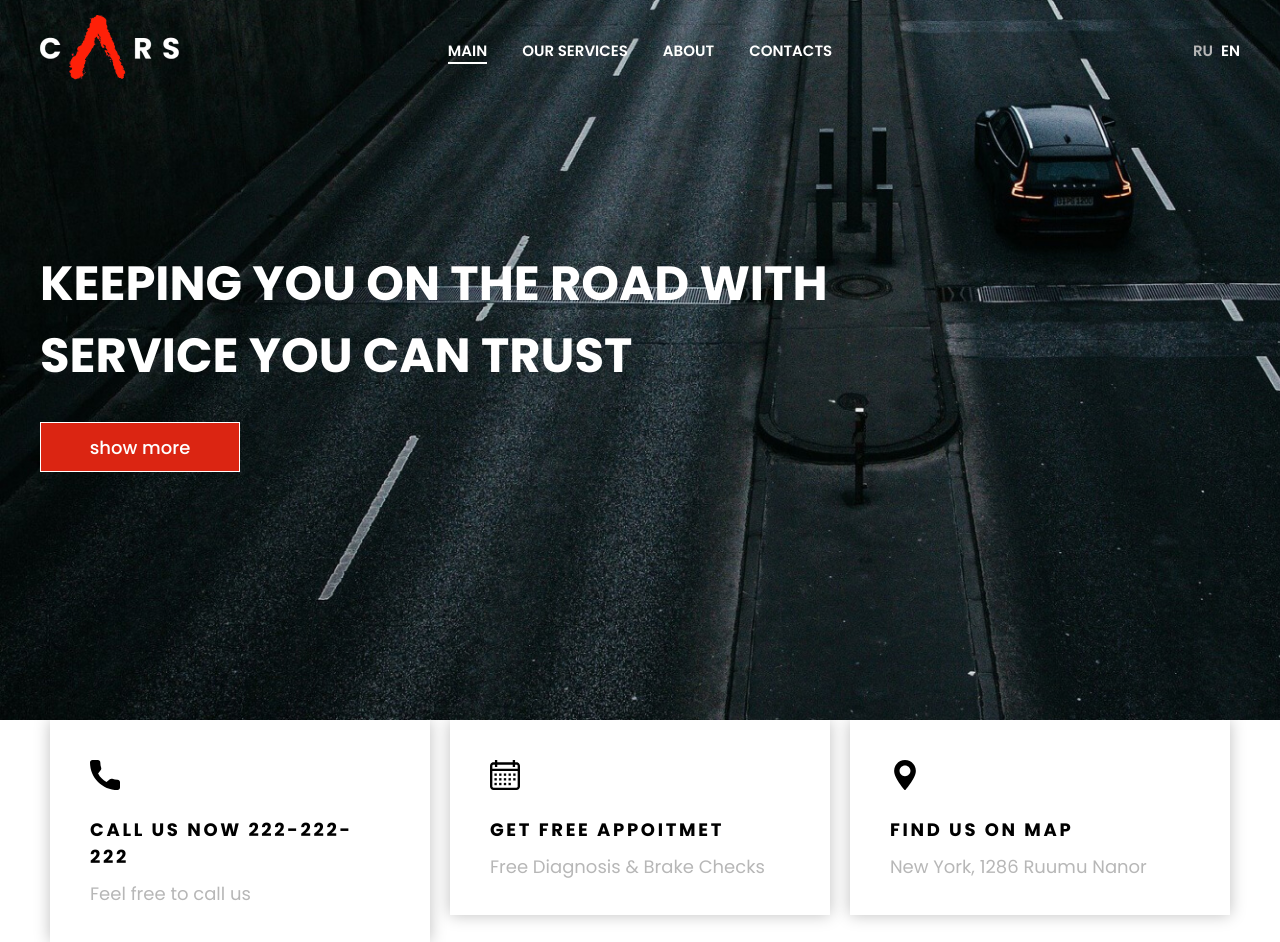
Repository: Earn1ll/car_repair
Page: index.html
These files come from the project's save history. The page is drawn as it stood at one moment and after the next save; the edit follows.
The browser window is 1280 px wide. The pictures show the whole page.

Above is the page before, as saved 2022-09-18 16:14:38.

### index.html
<!DOCTYPE html>
<html lang="en">
<head>
    <meta charset="UTF-8">
    <meta http-equiv="X-UA-Compatible" content="IE=edge">
    <meta name="viewport" content="width=device-width, initial-scale=1.0">
    <title>car repair</title>
    <link rel="stylesheet" href="css/style.css">
</head>
<body>
    <header class="header">
        <div class="container">
            <div class="header__wrapper">
                <div class="header__block">
                    <a href="/" class="header__logo">
                        <img src="img/logo.png" alt="logo">
                    </a>
                </div>

                <nav class="nav">
                    <a href="#" class="nav__link active">Main</a>
                    <a href="#" class="nav__link">Our services</a>
                    <a href="#" class="nav__link">About</a>
                    <a href="#" class="nav__link">Contacts</a>
                </nav>

                <div class="header__block">
                    <div class="header__lng">
                        <a href="#" class="header__lng-link ">ru</a>
                        <a href="#" class="header__lng-link active">en</a>
                    </div>
                </div>

            </div>
        </div>
    </header>

    <section class="intro">
        <div class="container">
            <div class="intro__content">
                <div class="intro__block">
                    <h1 class="intro__title">
                        KEEPING YOU ON THE ROAD WITH
                        SERVICE YOU CAN TRUST
                    </h1>
                    <a href="#" class="btn">show more</a>
                </div>
            </div>
        </div>
    </section>

    <section class="info">
        <div class="container">
            <div class="info__wrapper">
                <div class="info__block">
                    <div class="info__item">
                        <div class="info__img">
                            <img src="img/phone.svg " alt="">
                        </div>
                        <h3 class="info__title">
                            CALL US NOW 222-222-222
                        </h3>
                        <p class="info__text">Feel free to call us</p>
                    </div>
                </div>

                <div class="info__block">
                    <div class="info__item">
                        <div class="info__img">
                            <img src="img/calendar.svg " alt="">
                        </div>
                        <h3 class="info__title">
                            GET FREE APPOITMET
                        </h3>
                        <p class="info__text">Free Diagnosis & Brake Checks</p>
                    </div>
                </div>

                <div class="info__block">
                    <div class="info__item">
                        <div class="info__img">
                            <img src="img/pin.svg " alt="">
                        </div>
                        <h3 class="info__title">
                            FIND US ON MAP
                        </h3>
                        <p class="info__text">New York, 1286 Ruumu Nanor</p>
                    </div>
                </div>
            </div>
        </div>
    </section>
</body>
</html>

### css/style.css
@import url('https://fonts.googleapis.com/css2?family=Poppins:wght@400;500:600;700;800;900&display=swap');

*,*::before,::after {
    box-sizing: border-box;
}
body {
    margin: 0;
    font-family: 'Poppins', sans-serif;
    font-size: 15px;
}

h1,h2,h3,h4,h5,h6 {
    margin: 0;
}

p {
    margin: 0 0 5px;
}

.container {
    width: 1200px;
    margin: 0 auto;
}
.btn {
    display: inline-flex;
    align-items: center;
    justify-content: center;
    color: #fff;
    height: 50px;
    font-size: 18px;
    text-decoration: none;
    font-weight: 500;
    background-color: #DB2512;
    border: 1px solid;
    min-width: 200px;
    padding: 11px 15px;
    transition: background-color .2s ease;
}

.btn:hover {
    background-color: #991203;
}



/* header start working */
.header {
    width: 100%;
    position: absolute;
    top: 0;
    left: 0;
    z-index: 3;
}

.header__wrapper {
    height: 100px;
    display: flex;
    justify-content: space-between;
    align-items: center;
}

.header__block {
    width: 20%;
}

.header__logo {
    display: inline-block;
}

.header__logo img {
    height: 65px;
}

.nav {
    display: flex;
}

.nav__link {
    margin-right: 35px;
    color: #fff;
    text-transform: uppercase;
    text-decoration: none;
    font-weight: 600;
    position: relative;
}

.nav__link::after {
    width: 100%;
    height: 2px;
    background-color: #fff;
    position: absolute;
    top: 100%;
    left: 0;
    content: '';
    opacity: 0;
    transition: opacity .2s ease;

}

.nav__link:last-child {
    margin-right: 0;
}

.nav__link:hover::after {
    opacity: 1;
}

.nav__link.active::after {
    opacity: 1;
}

.header__lng {
    display: flex;
    justify-content: flex-end;

}

.header__lng-link {
    margin-right: 8px;
    text-transform: uppercase;
    text-decoration: none ;
    font-weight: 600;
    color: #b7b7b7;
    transition: color .2s ease;
}

.header__lng-link:hover {
    color: #fff;
}

.header__lng-link:last-child {
    margin-right: 0;
}

.header__lng-link.active {
    color: #fff;
}
/* header end working */
/* intro start working */

.intro {
    background: url('../img/intro_bg.jpg') no-repeat;
    background-size: cover;
    position: relative;
}

.intro::after {
    width: 100%;
    height: 100%;
    position: absolute;
    top: 0;
    left: 0;
    background-color: #000;
    opacity: .2;
}

.intro__content {
    height: 100vh ;
    background: no-repeat;
    display: flex;
    align-items: center;
    position: relative;
    z-index: 2;
}

.intro__block {

}

.intro__title {
    max-width: 790px;
    font-size: 48px;
    font-weight: 700;
    color: #fff;
    line-height: 1.5;
    margin-bottom: 30px;

}
/* intro end working */
/* info start */
.info {
    transform: ;
}

.info__wrapper {
    display: flex;
    margin 0 -10px;
}

.info__block {
    width: 33.33%;
    padding: 0 10px;
}

.info__item {
    background-color: #fff;
    box-shadow: 0px 0px 15px rgba(0, 0, 0, 0.25);
    padding: 40px 40px 30px;
}

.info__img {
    margin-bottom: 20px;
}

.info__img img{
    height: 30px;
}

.info__title {
    margin-bottom: 10px;
    font-size: 18px;
    letter-spacing: 0.15em;
}

.info__text {
    font-size: 18px;
    color: #b7b7b7;
}
/* info end */

After the next save:
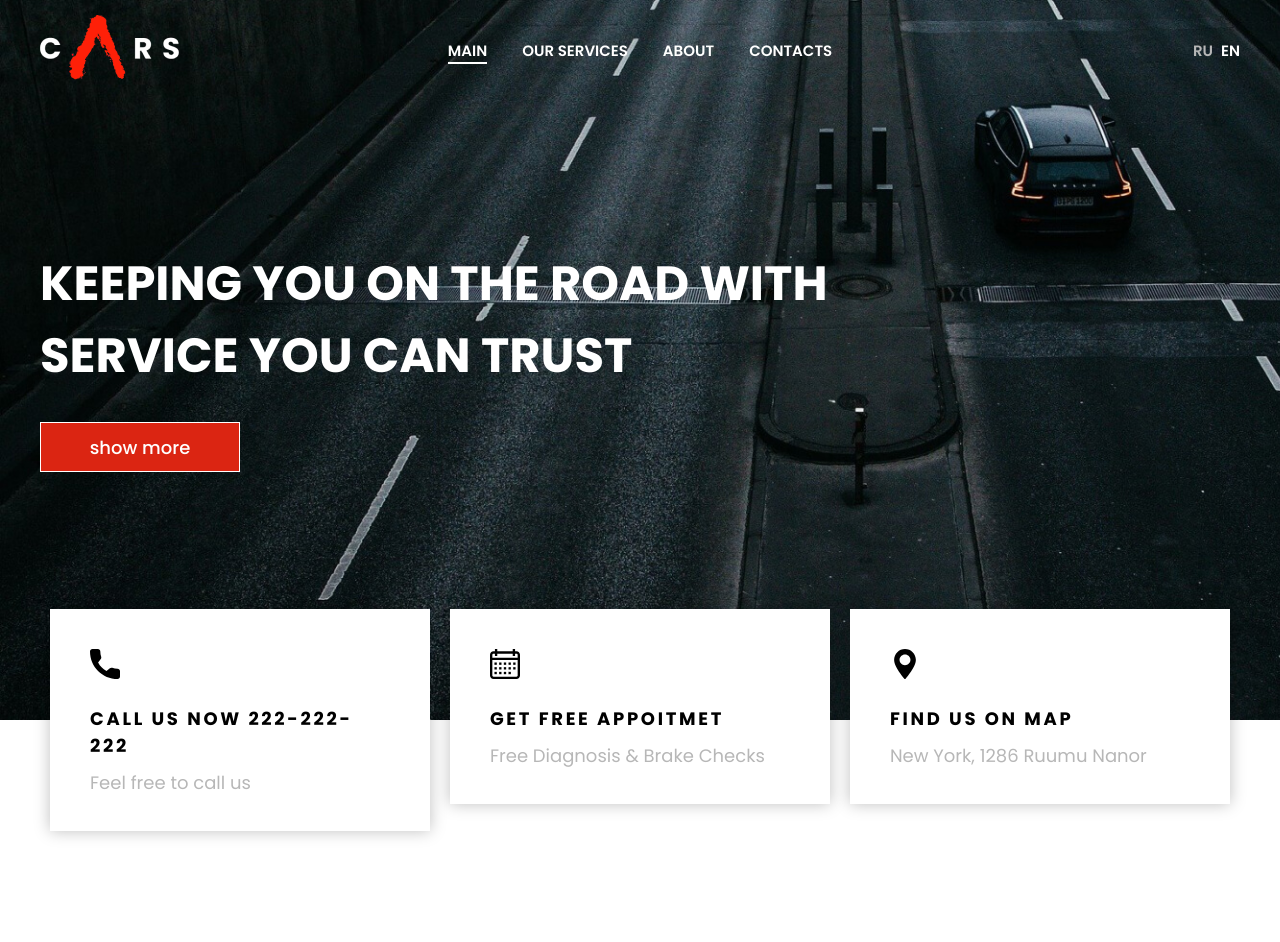
Saved 13 s later.
--- a/css/style.css
+++ b/css/style.css
@@ -179,7 +179,7 @@
 /* intro end working */
 /* info start */
 .info {
-    transform: ;
+    transform: translateY(-50%);
 }
 
 .info__wrapper {
